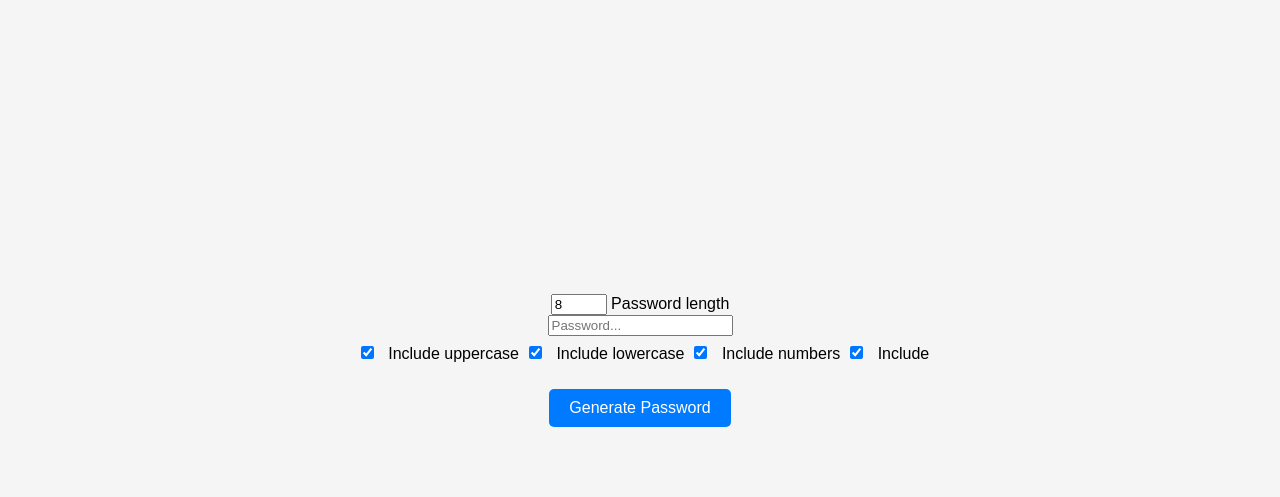
Repository: sriram1224/pass-generator
Page: /
These files come from the project's save history. The page is drawn as it stood at one moment and after the next save; the edit follows.
The browser window is 1280 px wide. The pictures show the whole page.
The project was rebuilt for these pictures with package versions that can differ from the ones it lists, and the page was loaded fresh each time.

Above is the page before, as saved 2024-03-21 19:52:37.

### src/App.js
import React, { useState, useRef, useCallback } from 'react';
import './App.css';

function generatePassword(length, includeUpper, includeLower, includeNumber, includeSymbol){
  const upperChars = 'ABCDEFGHIJKLMNOPQRSTUVWXYZ';
  const lowerChars = 'abcdefghijklmnopqrstuvwxyz';
  const numberChars = '0123456789';
  const symbolChars = '!@#$%^&*()-_=+';

  let chars = '';
  if (includeUpper) chars+= upperChars;
  if (includeLower) chars += lowerChars;
  if (includeNumber) chars += numberChars;
  if (includeSymbol) chars += symbolChars;
  let password = '';
  for(let i = 0; i < length; i++){
    password += chars.charAt(Math.floor(Math.random() * chars.length));
  }
  return password;
}

function App() {
  const [password,setPassword] = useState('');
  const includeUpperref = useRef(true);
  const includeLowerref= useRef(true);
  const includeSymbolref = useRef(true);
  const includeNumberref= useRef(true);
  const [length, setLength] = useState(8);

  const handlechange = (ref) => {
    ref.current = !ref.current;
    handlePassword();
  };

  const handlePassword = useCallback(() => {
    const newPass = generatePassword(
      length,
      includeUpperref.current,
      includeLowerref.current,
      includeNumberref.current,
      includeSymbolref.current
    );
    setPassword(newPass);
  }, [length, includeUpperref, includeLowerref, includeNumberref, includeSymbolref]);

  return (
    <div className="App">
      <label>
      <input type="number" value={length} onChange={(e) => setLength(parseInt(e.target.value))} min="1" max="50" /> Password length
      </label>
      <label> <input type="text" value={password} placeholder='Password...' readOnly />
      </label>
      <label><input type="checkbox" checked={includeUpperref.current} onChange={() => handlechange(includeUpperref)} /> Include uppercase
      <input type="checkbox" checked={includeLowerref.current} onChange={() => handlechange(includeLowerref)} /> Include lowercase
      <input type="checkbox" checked={includeNumberref.current} onChange={() => handlechange(includeNumberref)} /> Include numbers
      <input type="checkbox" checked={includeSymbolref.current} onChange={() => handlechange(includeSymbolref)} /> Include
      </label>
      <button onClick={handlePassword}>Generate Password</button>
    </div>
  );
}

export default App;

### src/App.css
.App {
  display: flex;
  flex-direction: column;
  align-items: center;
  justify-content: center;
  height: 100vh;
  background-color: #f5f5f5;
  font-family: Arial, sans-serif;
}

input[type="checkbox"] {
  margin: 10px;
}

button {
  margin-top: 20px;
  padding: 10px 20px;
  font-size: 16px;
  border: none;
  background-color: #007BFF;
  color: white;
  cursor: pointer;
  border-radius: 5px;
}

button:hover {
  background-color: #0056b3;
}

p {
  margin-top: 20px;
  font-size: 20px;
  color: #333;
}

Loaded but not shown: public/index.html (common file); src/index.js (common file); src/index.css (common file); src/reportWebVitals.js (common file)

After the next save:
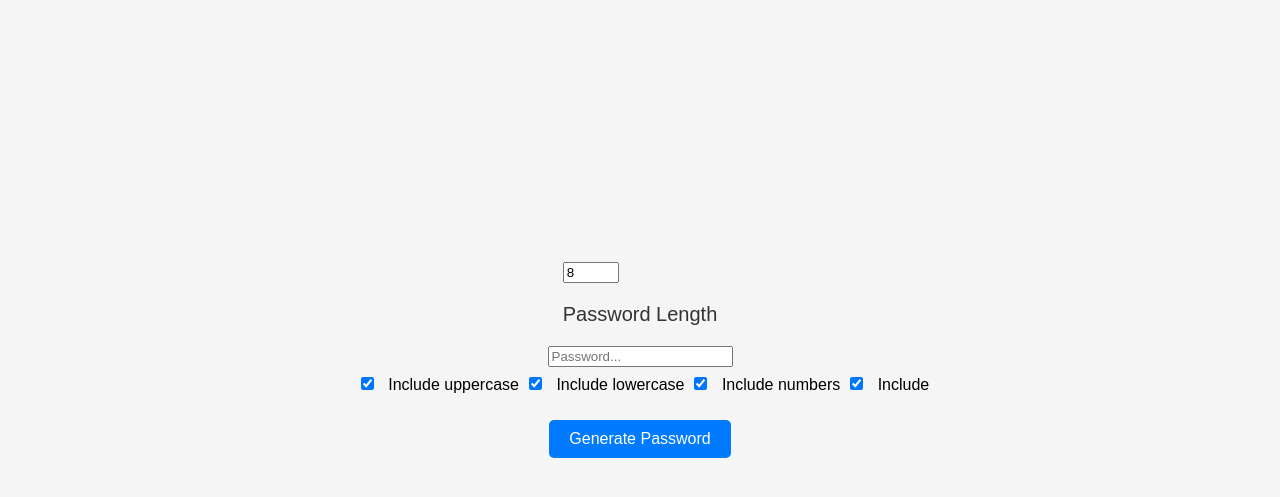
Saved 65 s later.
--- a/src/App.js
+++ b/src/App.js
@@ -46,7 +46,10 @@ function App() {
   return (
     <div className="App">
       <label>
-      <input type="number" value={length} onChange={(e) => setLength(parseInt(e.target.value))} min="1" max="50" /> Password length
+        <input type="number" value={length} onChange={(e) => setLength(parseInt(e.target.value))} min="1" max="50" />
+
+        <p>Password Length</p>
+
       </label>
       <label> <input type="text" value={password} placeholder='Password...' readOnly />
       </label>
